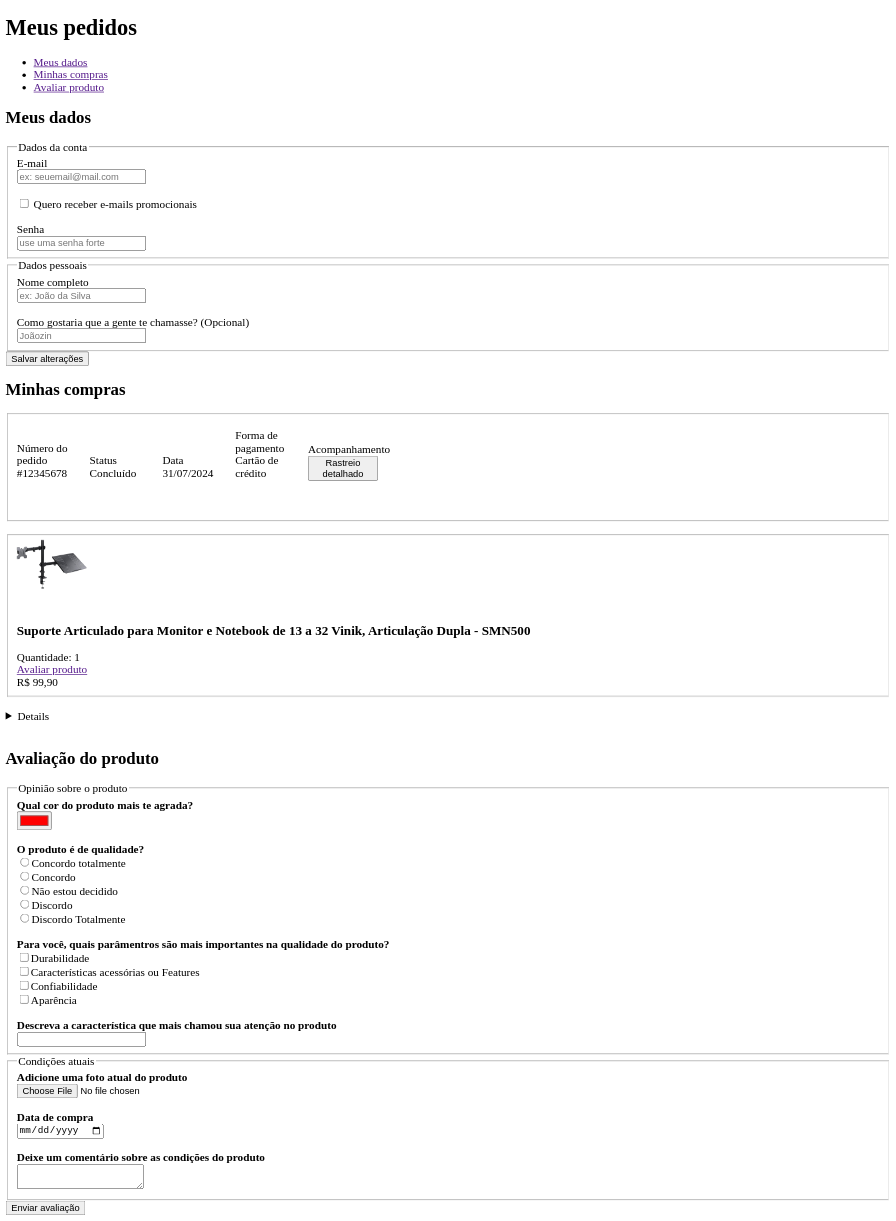
Repository: claudemir-camargo/site-compras
Page: index.html
An editor plug-in stored every save of this project. The page is shown before and after the next save, followed by the edit.
The browser window is 1280 px wide. The pictures show the whole page, at 70% of full size.

Above is the page before, as saved 2024-03-04 00:02:52.

After the next save:
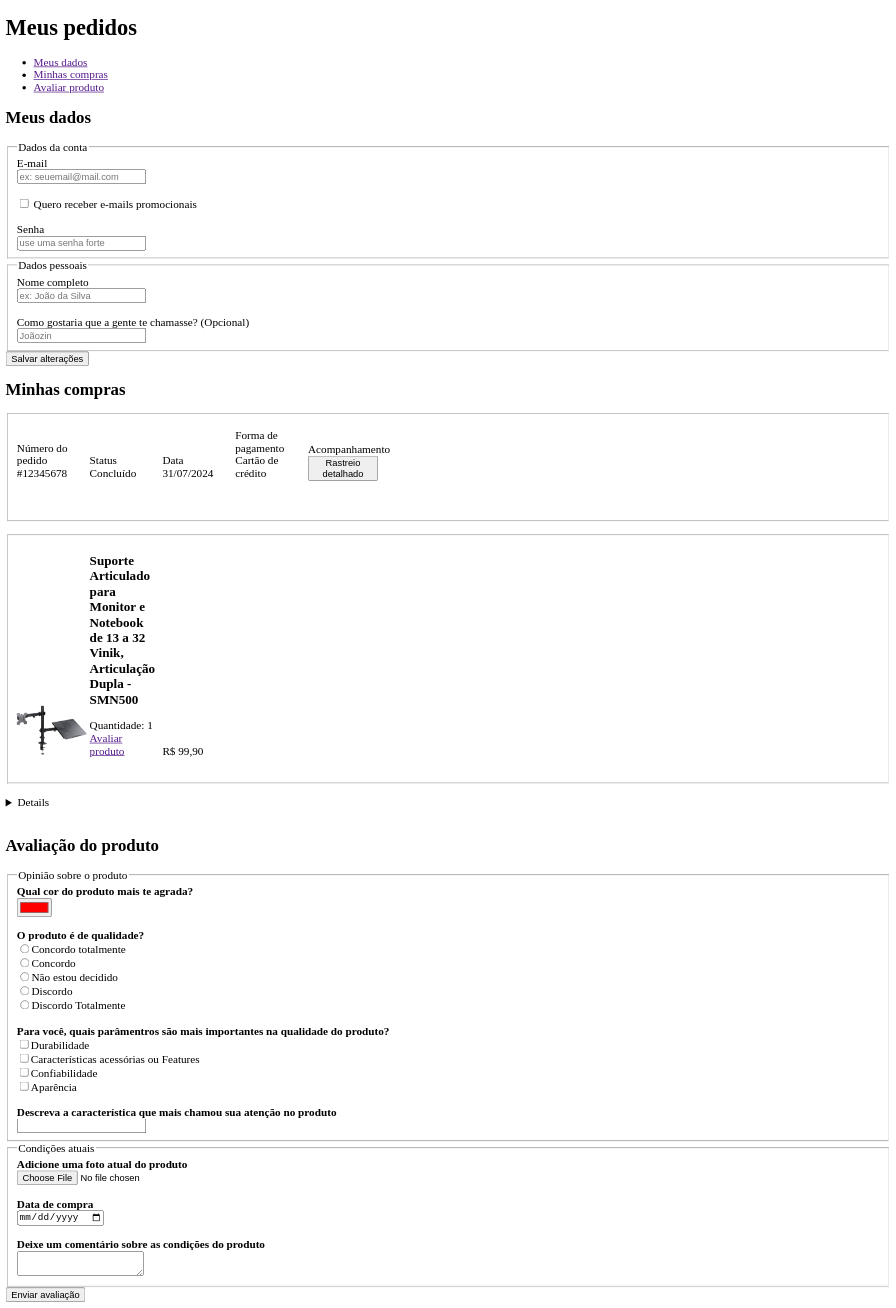
Saved 11 s later.
--- a/css/style.css
+++ b/css/style.css
@@ -11,7 +11,7 @@ img {
     display: inline-block;
 }
 
-.imagem {
+.imagem, .produto {
     width: 100px;
     height: 100px;
     display: inline-block;
